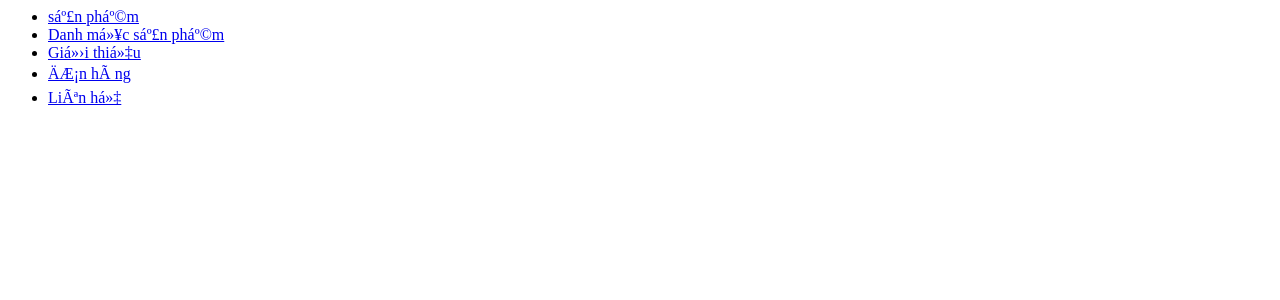
Repository: leducnam1805/JSP-SERVLET
Page: http://localhost/baiTap1/views/BT2/inc/menu.jsp
These files come from the project's save history. The page is drawn as it stood at one moment and after the next save; the edit follows.
The browser window is 1280 px wide. The pictures show the whole page.
The page is served by Tomcat 9.

Above is the page before, as saved 2020-06-24 03:04:56.

After the next save:
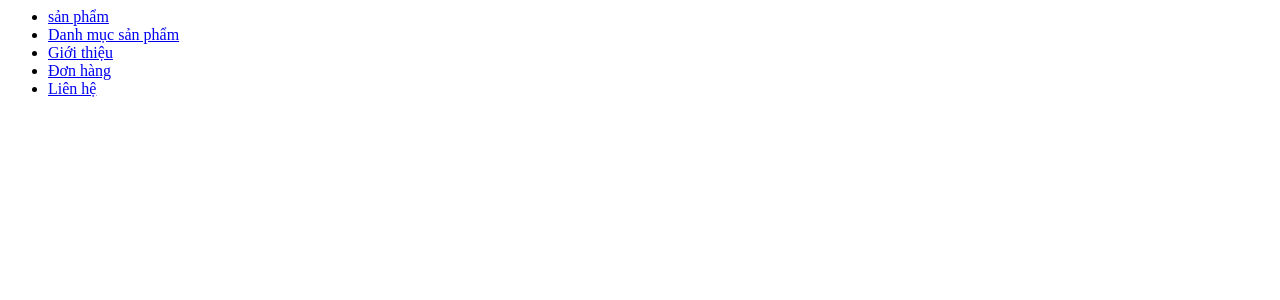
Saved 13 s later.
--- a/loiGiai/baiTap1/WebContent/views/BT2/inc/menu.jsp
+++ b/loiGiai/baiTap1/WebContent/views/BT2/inc/menu.jsp
@@ -1,14 +1,16 @@
-<%@ page language="java" contentType="text/html; charset=ISO-8859-1"
-    pageEncoding="ISO-8859-1"%>
+<%@ page language="java" contentType="text/html; charset=UTF-8"
+	pageEncoding="UTF-8"%>
 <div class="container_12">
-                    <div class="grid_12">
-                        <ul>
-                            <li><a href="list.html">sản phẩm</a></li>
-                            <li><a href="list.html">Danh mục sản phẩm</a></li>
-                            <li><a href="add.html">Giới thiệu</a></li>
-                            <li><a href="list.html">Đơn hàng</a></li>
-                            <li><a href="list.html">Liên hệ</a></li>
-                        </ul>
+	<div class="grid_12">
+		<ul>
+			<li><a href="list.html">sản phẩm</a></li>
+			<li><a href="list.html">Danh mục sản phẩm</a></li>
+			<li><a href="add.html">Giới thiệu</a></li>
+			<li><a href="list.html">Đơn hàng</a></li>
+			<li><a href="list.html">Liên hệ</a></li>
+		</ul>
 
-                    </div><!-- End. .grid_12-->
-                </div><!-- End. .container_12 -->
+	</div>
+	<!-- End. .grid_12-->
+</div>
+<!-- End. .container_12 -->
